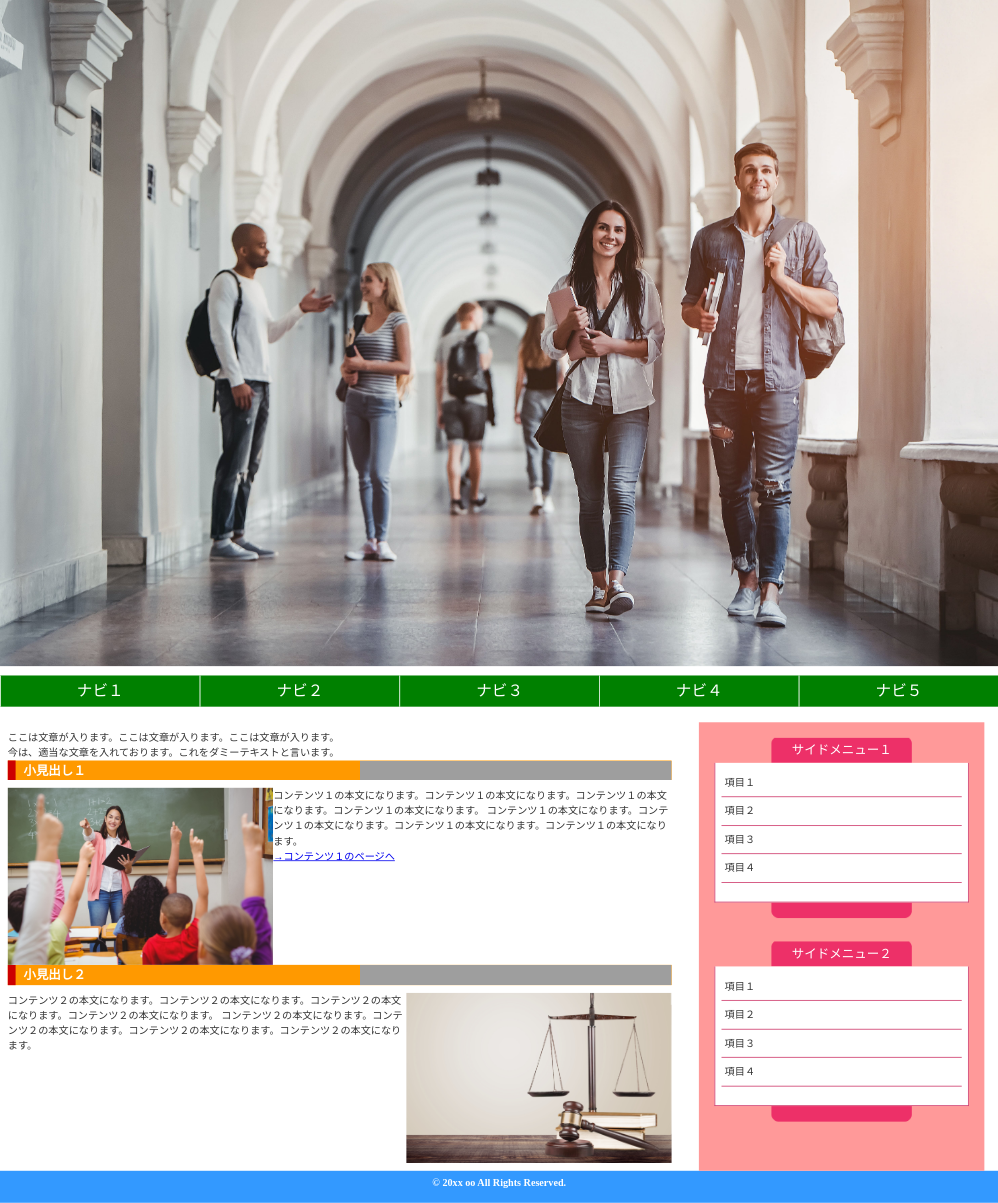
Repository: okuma0090/samurai_HTML-CSS
Page: home.html
The author's editor kept a record of every edit. The page is drawn from the files as they stood at one moment, then again after the next edit.
The browser window is 1280 px wide. The pictures show the whole page, at 78% of full size.
Pictures or frames that could not be fetched are drawn as grey boxes.

Above is the page before.

After the next edit:
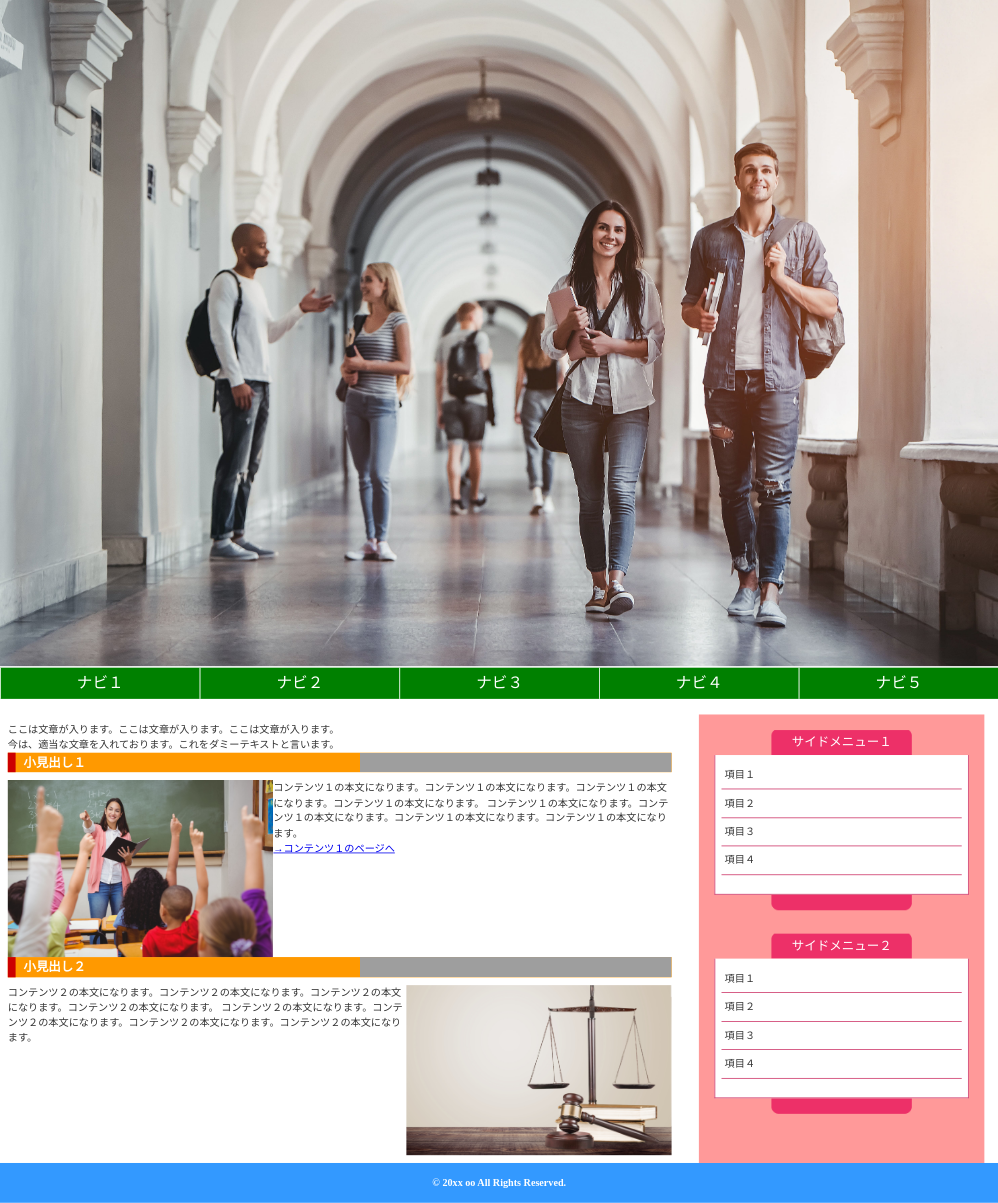
The edit:
--- a/home.html
+++ b/home.html
@@ -10,7 +10,7 @@
     <div id="header">
         <h1><a href="index.html"><img id="corridor"src="images/corridor.jpg"alt="大学の廊下"/></a></h1></a></h1>
     </div>
-    <div id="wrapper">
+    <div class="wrapper">
         <div id="nav">
             <ul>
                 <li><a href="home.html">ナビ１</a></li>
